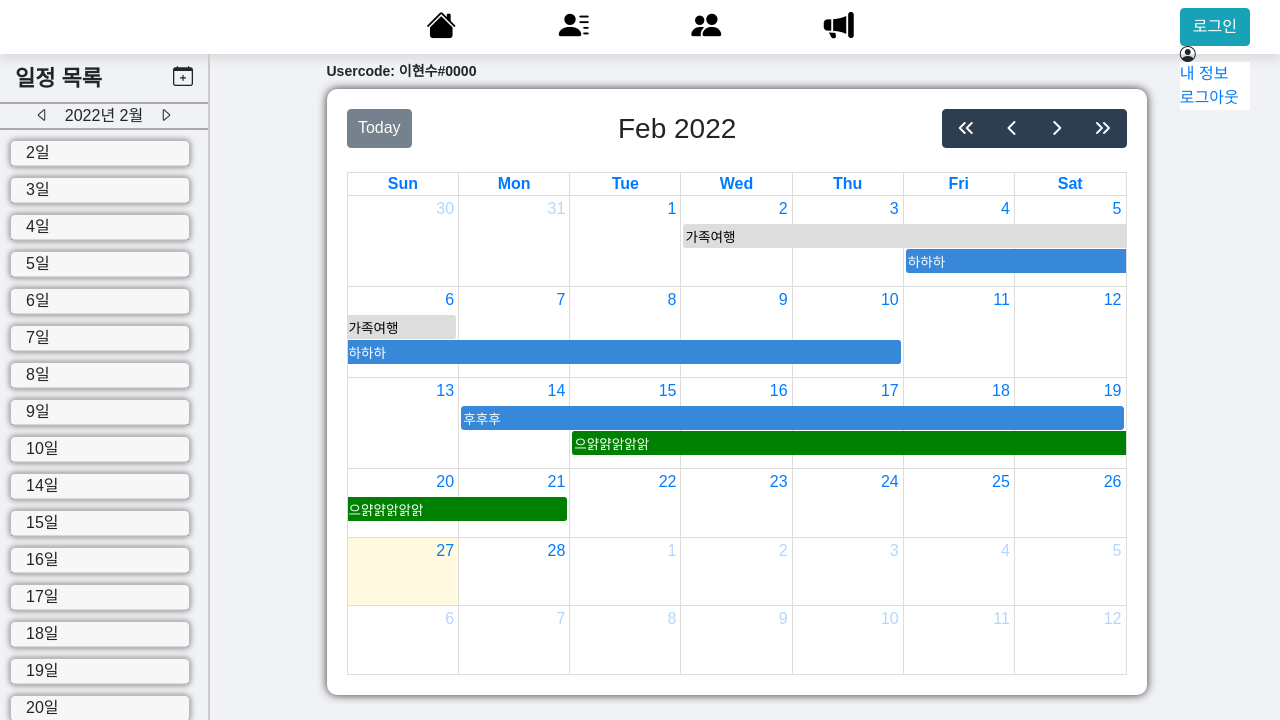
Repository: Hyeon330/Full_stack-code
Page: http://localhost/miniProject/
An editor plug-in stored every save of this project. The page is shown before and after the next save, followed by the edit.
The browser window is 1280 px wide. The pictures show the whole page.
Some web fonts or font styles are not loaded; a fallback is used. The page is served by Tomcat 9.

Above is the page before, as saved 2022-03-21 00:33:03.

After the next save:
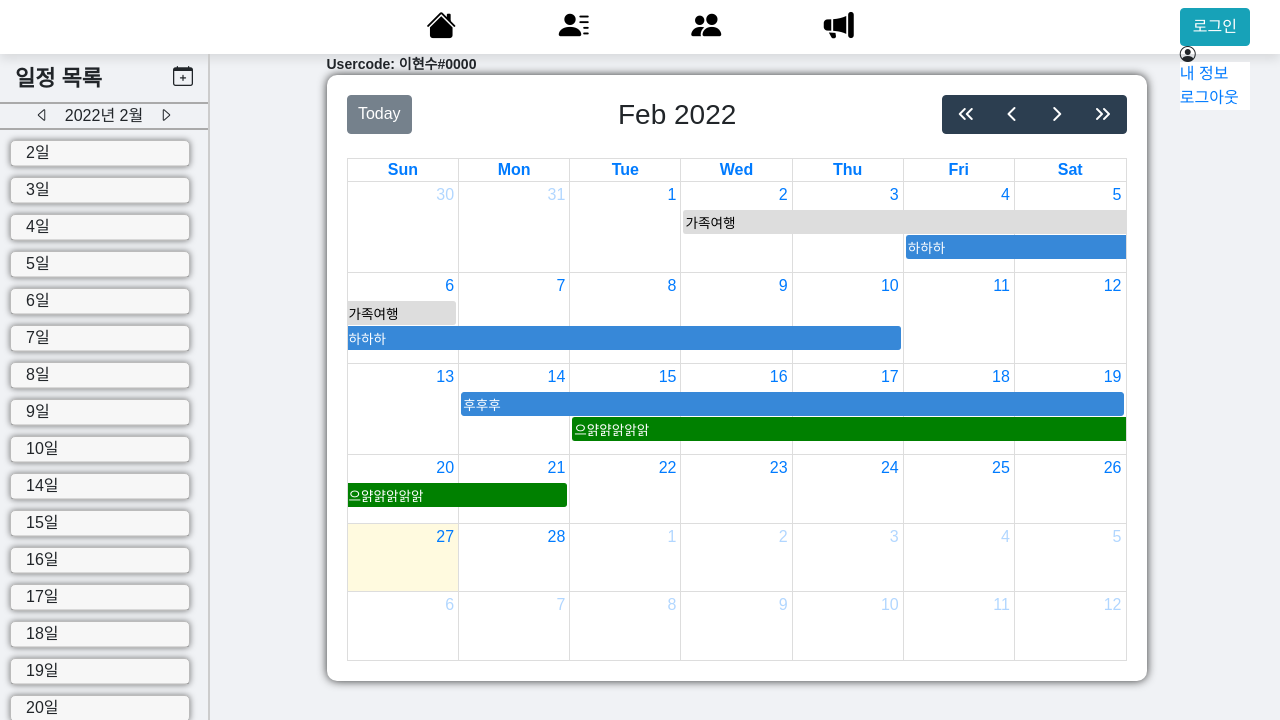
Saved 6 s later.
--- a/주요과제/Spring/miniProject/src/main/webapp/WEB-INF/views/home.jsp
+++ b/주요과제/Spring/miniProject/src/main/webapp/WEB-INF/views/home.jsp
@@ -79,7 +79,6 @@
 /* mainContents.css */
 #usercode {
   position: relative;
-  line-height: 35px;
   font-size: 14px;
   font-weight: bold;
 }
